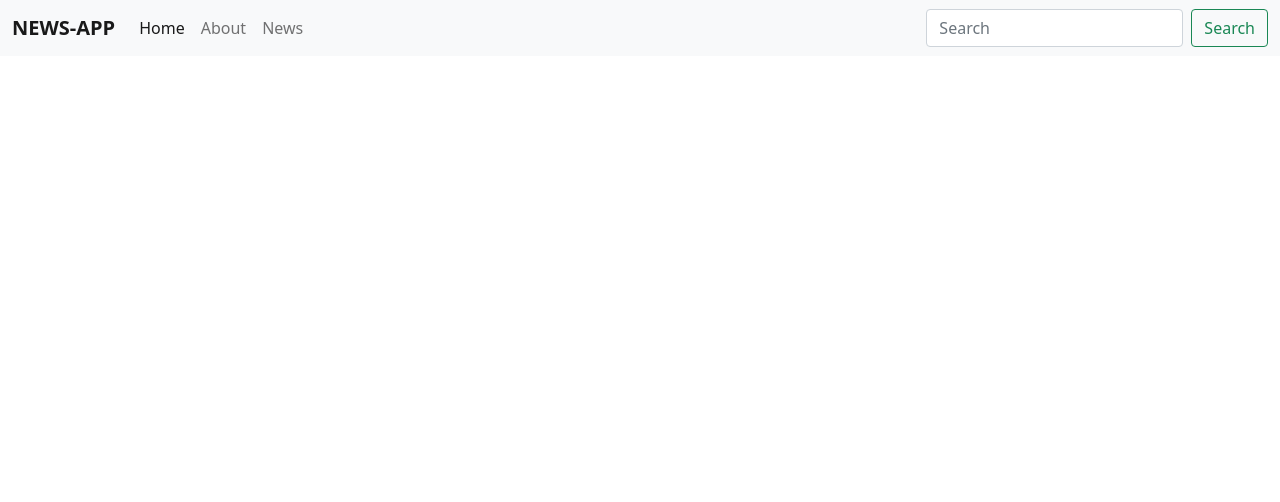
Repository: ashish9503/news_app
Page: /
The author's editor kept a copy of each file at every save. The page is drawn from the files as they stood at one save, then again after the next save.
The browser window is 1280 px wide. The pictures show the whole page.
Pictures or frames that could not be fetched are drawn as grey boxes. The page's requests for data from a server got no answer. The project was rebuilt for these pictures with package versions that can differ from the ones it lists, and the page was loaded fresh each time. No one was signed in, and anything a server would have sent is missing.

Above is the page before, as saved 2024-03-09 21:42:26.

After the next save:
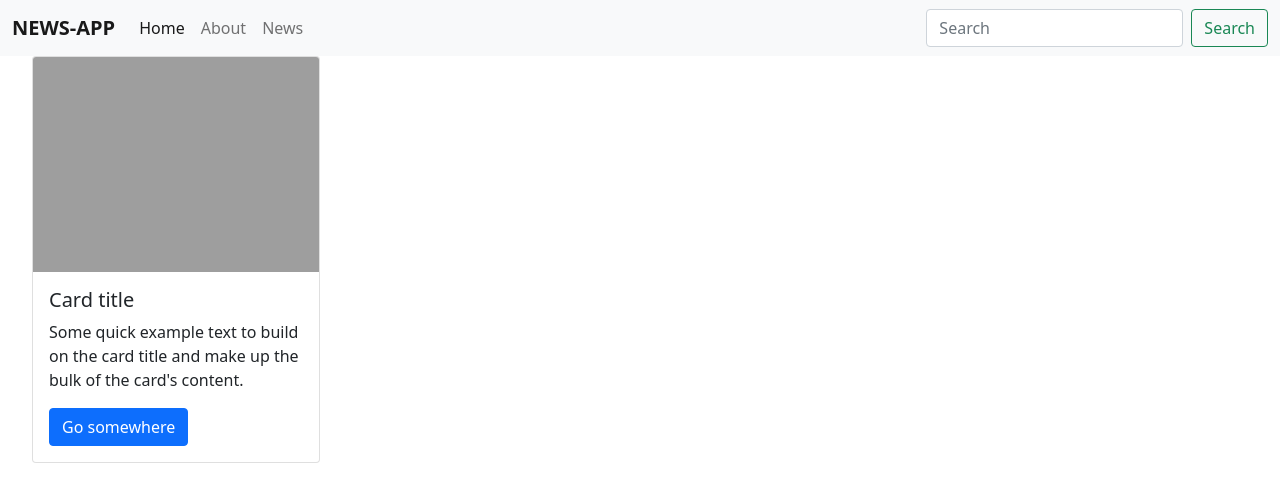
Saved 3 min 59 s later.
--- a/src/component/news.js
+++ b/src/component/news.js
@@ -25,7 +25,16 @@ const News = () => {
     <>
     <ul>
     {lnews.map(e =><li>{e.author}</li> ) }
-
+    <>
+                <div class="card" style={{width: "18rem"}}>
+                <img src="..." class="card-img-top" alt="..."/>
+                <div class="card-body">
+                  <h5 class="card-title">Card title</h5>
+                  <p class="card-text">Some quick example text to build on the card title and make up the bulk of the card's content.</p>
+                  <a href="#" class="btn btn-primary">Go somewhere</a>
+                </div>
+              </div>
+                </>
     </ul>
     {/* {lnews.length} */}
     </>
@@ -36,16 +45,7 @@ const News = () => {
         // lnews.map((ele) =>{
         // console.log(ele)
         //     return(
-        //         <>
-        //         <div class="card" style={{width: "18rem"}}>
-        //         <img src="..." class="card-img-top" alt="..."/>
-        //         <div class="card-body">
-        //           <h5 class="card-title">Card title</h5>
-        //           <p class="card-text">Some quick example text to build on the card title and make up the bulk of the card's content.</p>
-        //           <a href="#" class="btn btn-primary">Go somewhere</a>
-        //         </div>
-        //       </div>
-        //         </>
+
         //     )
 
         // })
